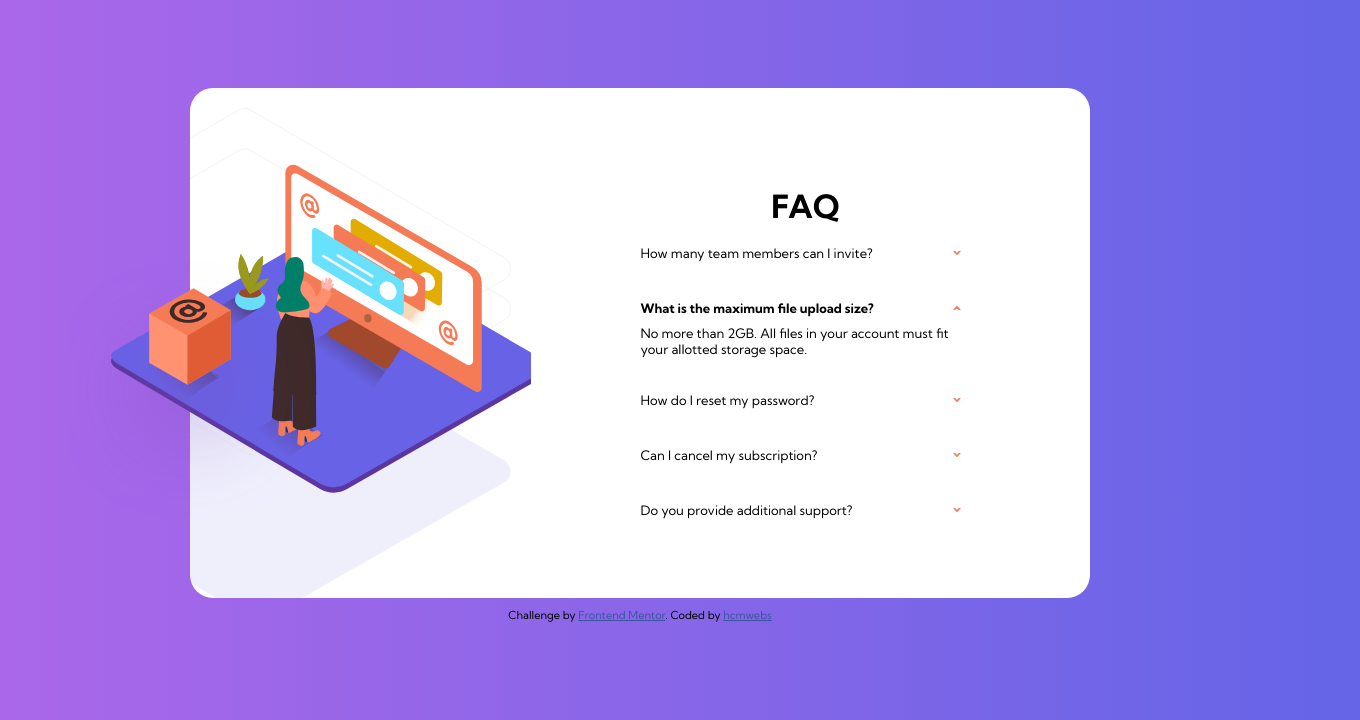
Repository: Hcmwebs/faq-accordion-card
Page: index.html
The author's editor kept a copy of each file at every save. The page is drawn from the files as they stood at one save, then again after the next save.
The browser window is 1280 px wide. The page is 1360 px wide, so the pictures cover 1360 px, including what lies to the right of the window. The pictures show the whole page.
After loading, the first visible `button` was clicked once.
The style sheet was rebuilt from its Sass, Less or Tailwind sources for each picture, by a compiler version that may differ from the author's.

Above is the page before, as saved 2020-11-09 13:08:50.

After the next save:
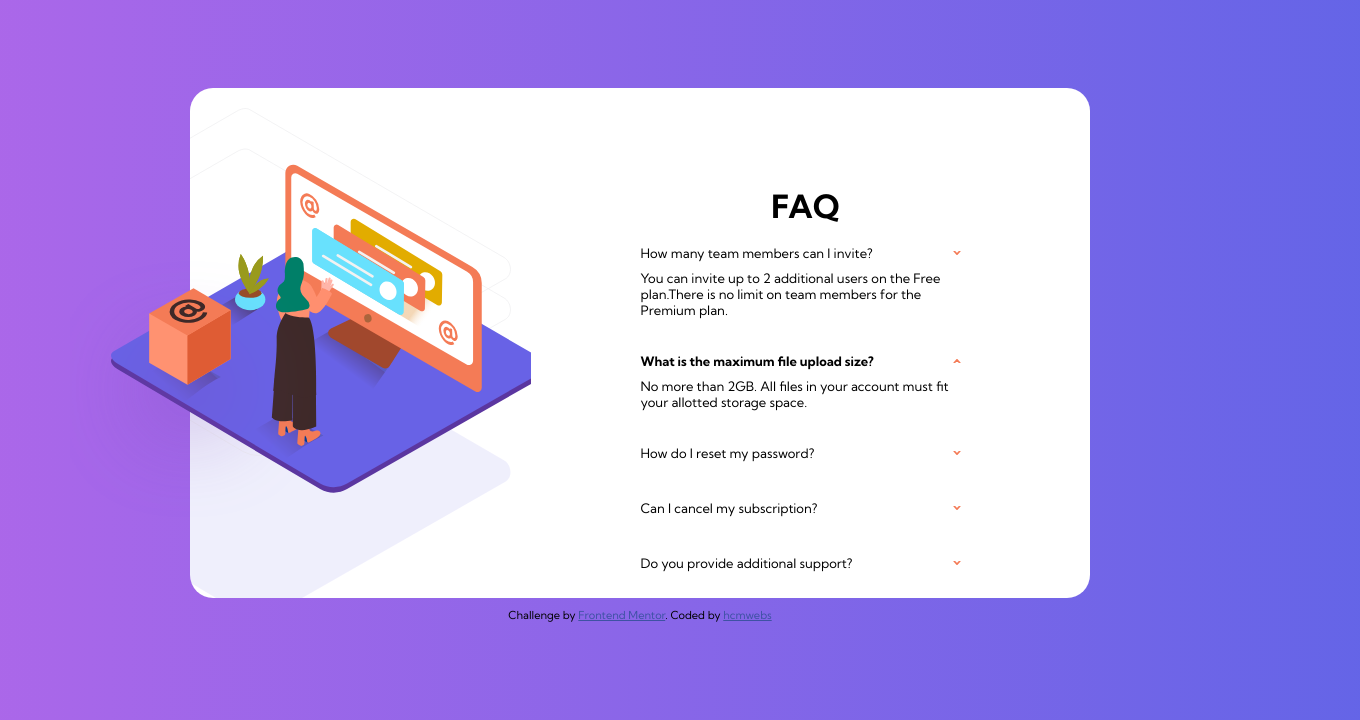
Console error: TypeError: Cannot read properties of undefined (reading 'classList')
Saved 5 min 52 s later.
--- a/main.js
+++ b/main.js
@@ -1,11 +1,14 @@
 let open = false;
-const item = document.querySelector('.card__body--item')
-const p = document.querySelector ('p')
+const item = document.querySelector('.card__body--item');
+const img = document.querySelector('img');
+
+const p = document.querySelector ('p');
 const btns = document.querySelectorAll('button');
 for(let btn of btns){
   btn.addEventListener('click', () => {
 
-p.classList.add(open);
+p.classList.remove('d-N');
+btn.img.classList.add('rotate')
 open = true;
 
   })
